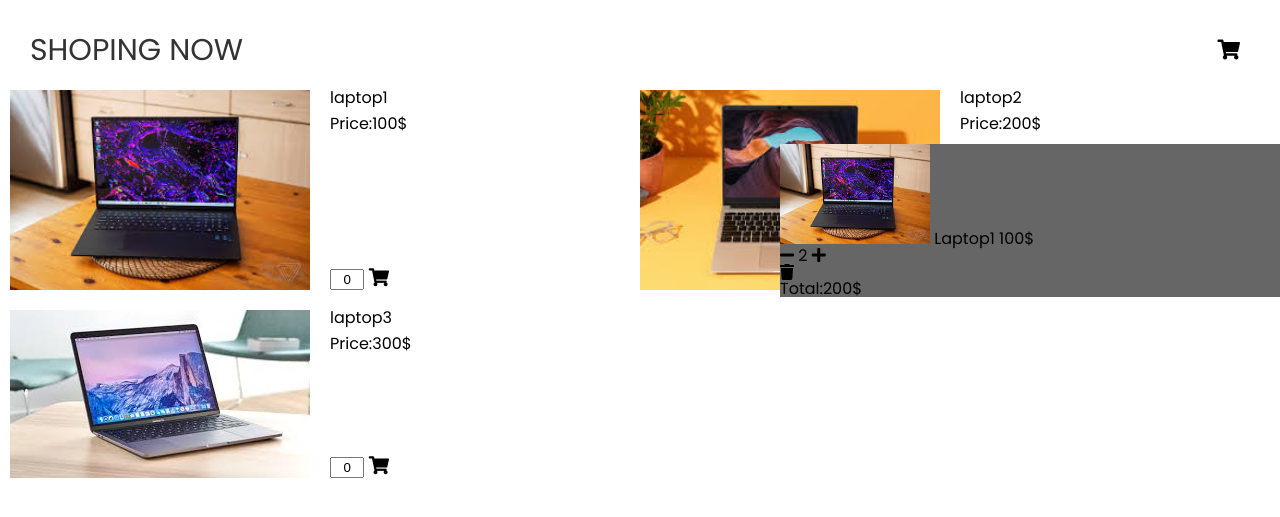
Repository: nttthao9/shopingcart
Page: index.html
The author's editor kept a copy of each file at every save. The page is drawn from the files as they stood at one save, then again after the next save.
The browser window is 1280 px wide. The pictures show the whole page.
Some web libraries are served in a nearby version.

Above is the page before, as saved 2021-10-04 14:57:17.

After the next save:
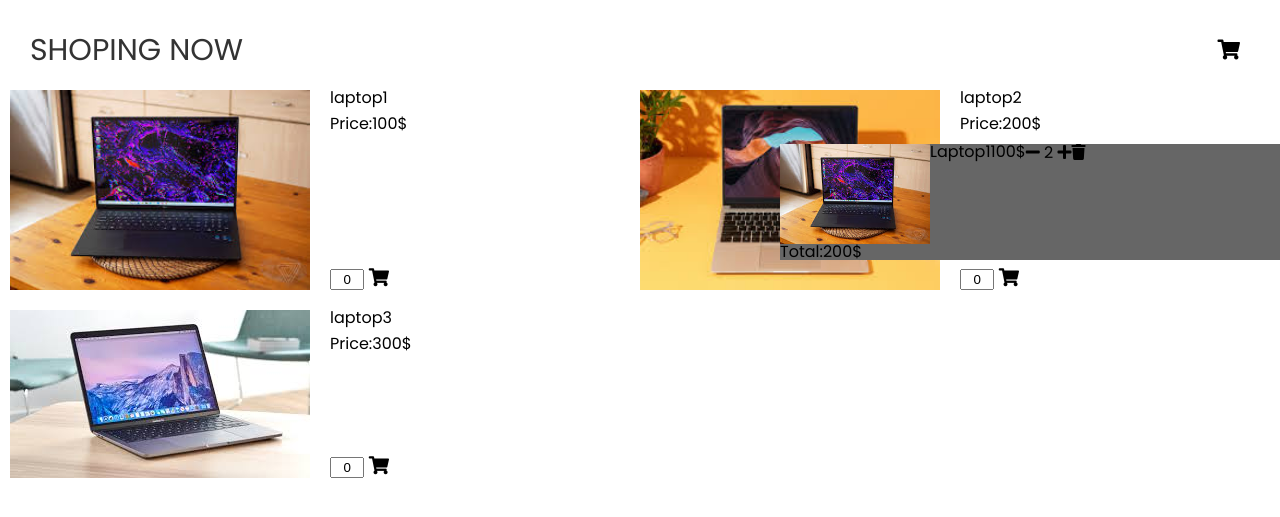
Saved 19 s later.
--- a/styles/style.css
+++ b/styles/style.css
@@ -92,3 +92,6 @@ body {
 .cart-image {
   width: 15rem;
 }
+.cart-item {
+  display: flex;
+}
